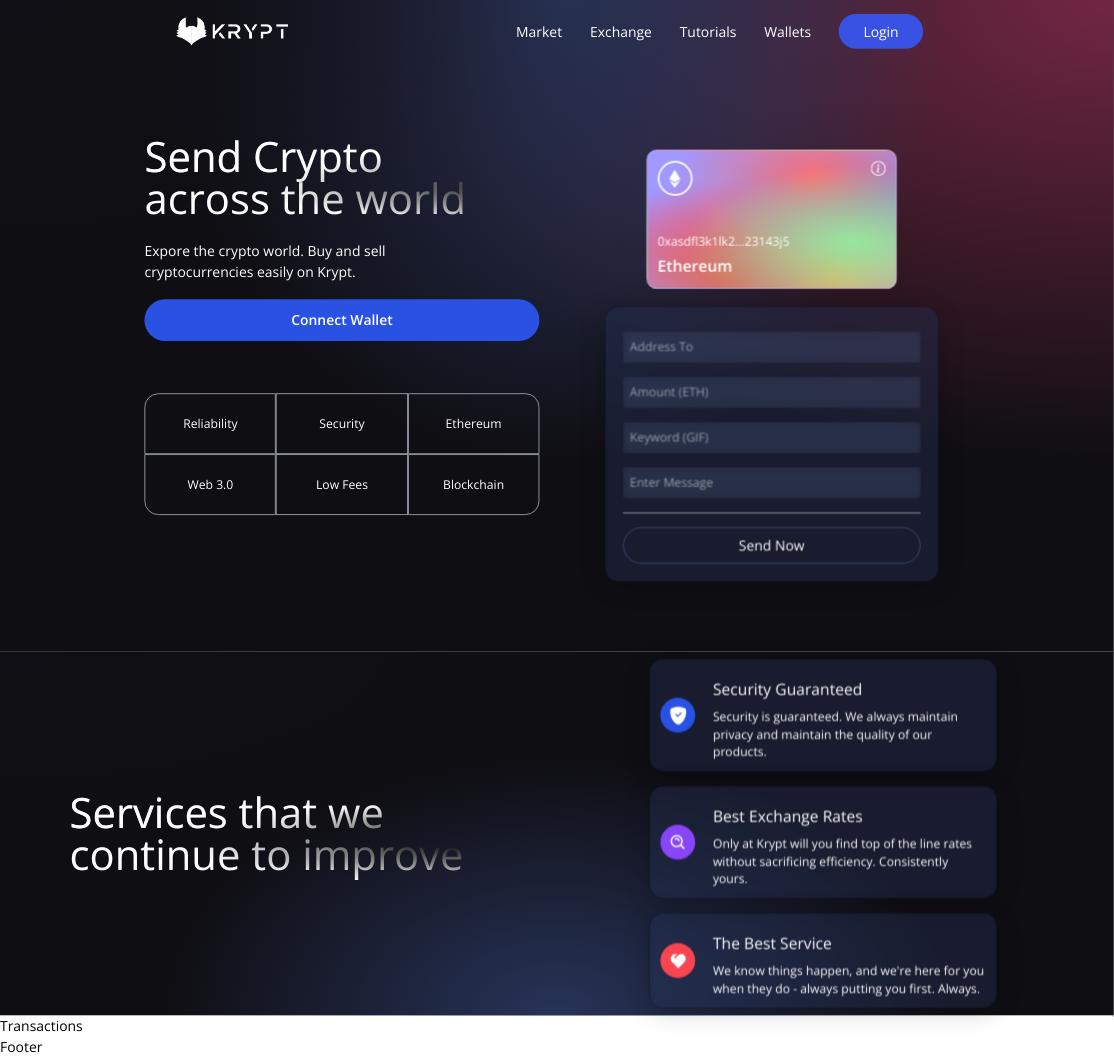
Repository: stephan-chiorean/krypt
Page: / (app in client/)
An editor plug-in stored every save of this project. The page is shown before and after the next save, followed by the edit.
The browser window is 1280 px wide. The pictures show the whole page, at 87% of full size.
The project was rebuilt for these pictures with package versions that can differ from the ones it lists, and the page was loaded fresh each time. Also part of the build but not shown: client/vite.config.js, client/src/components/Loader.jsx.

Above is the page before, as saved 2023-03-29 19:36:09.

After the next save:
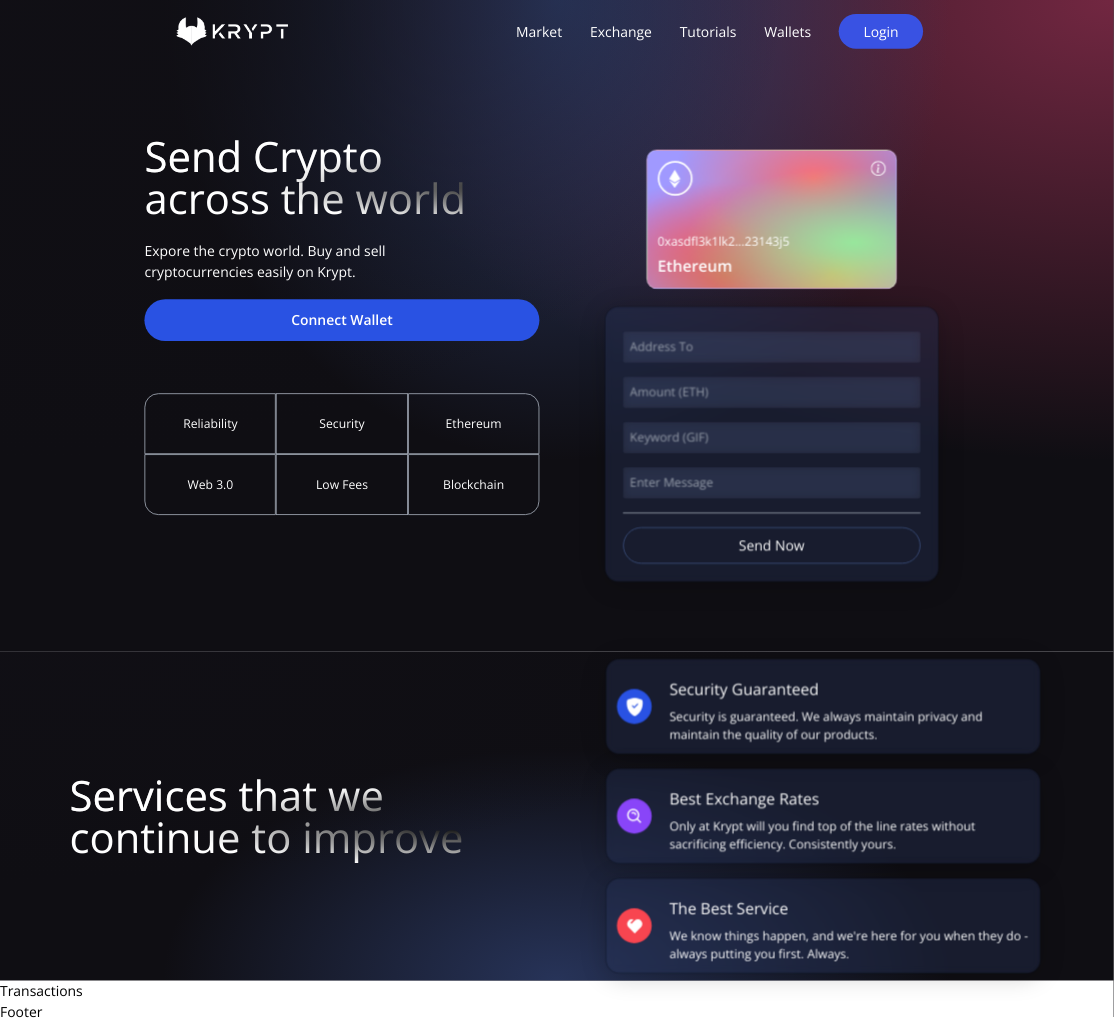
Saved 9 s later.
--- a/client/src/components/Services.jsx
+++ b/client/src/components/Services.jsx
@@ -4,7 +4,7 @@ import { BiSearchAlt } from 'react-icons/bi';
 import { RiHeart2Fill } from 'react-icons/ri';
 
 const ServiceCard = ({color, title, icon, subtitle}) => (
-  <div className='flex flex-row md:w-[400px] justify-start items-center p-3 m-2 cursor-pointer blue-glassmorphism'>
+  <div className='flex flex-row md:w-[500px] justify-start items-center p-3 m-2 cursor-pointer blue-glassmorphism'>
     <div className={`w-10 h-10 rounded-full flex justify-center items-center ${color}`}>
       {icon}
     </div>
